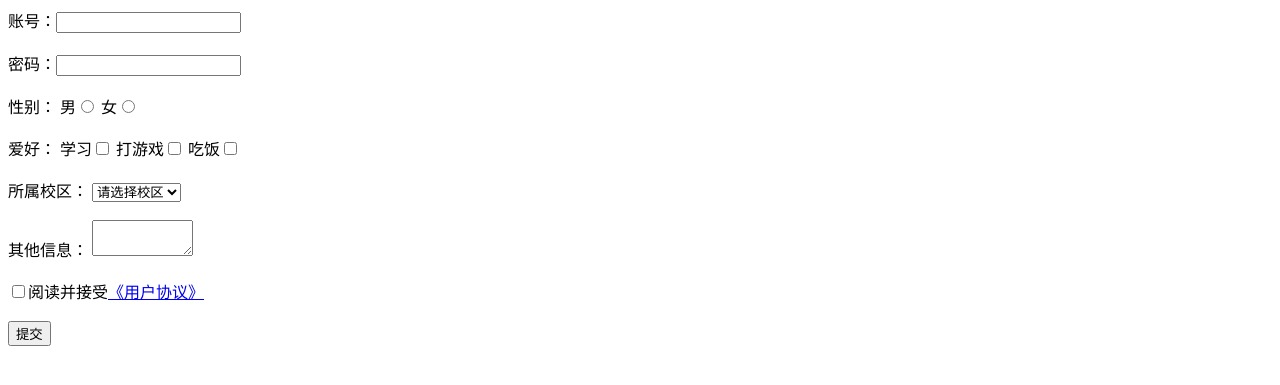
Repository: Lconfident/Learning_Process
Page: Vue/vue_basic/13__收集表单数据/1.收集表单数据.html
These files come from the project's save history. The page is drawn as it stood at one moment and after the next save; the edit follows.
The browser window is 1280 px wide. The pictures show the whole page.

Above is the page before, as saved 2023-07-22 10:33:23.

### Vue/vue_basic/13__收集表单数据/1.收集表单数据.html
<!DOCTYPE html>
<html lang="en">

<head>
    <meta charset="UTF-8">
    <meta name="viewport" content="width=device-width, initial-scale=1.0">
    <title>Doc</title>
    <!-- 引入Vue -->
    <script type="text/javascript" src="../../js/vue.js"></script>
</head>

<body>
    <!-- 准备好一个容器 -->
    <div id="root">
        <form>
            账号：<input type="text"><br><br>
            密码：<input type="password"><br><br>
            性别：
            男<input type="radio" name="gender">
            女<input type="radio" name="gender"><br><br>
            爱好：
            学习<input type="checkbox">
            打游戏<input type="checkbox">
            吃饭<input type="checkbox"><br><br>
            所属校区：
            <select>
                <option value="">请选择校区</option>
                <option value="beijing">北京</option>
                <option value="shanghai">上海</option>
                <option value="wuhan">武汉</option>
                <option value="shenzhen">深圳</option>
            </select><br><br>
            其他信息：
            <textarea cols="10" rows="2"></textarea><br><br>
            <input type="checkbox">阅读并接受<a href="http://atguigu.com">《用户协议》</a><br><br>
            <input type="submit" value="提交">
        </form>
    </div>

</body>

<script type="text/javascript">

</script>

</html>

Loaded but not shown: Vue/js/vue.js (library)

After the next save:
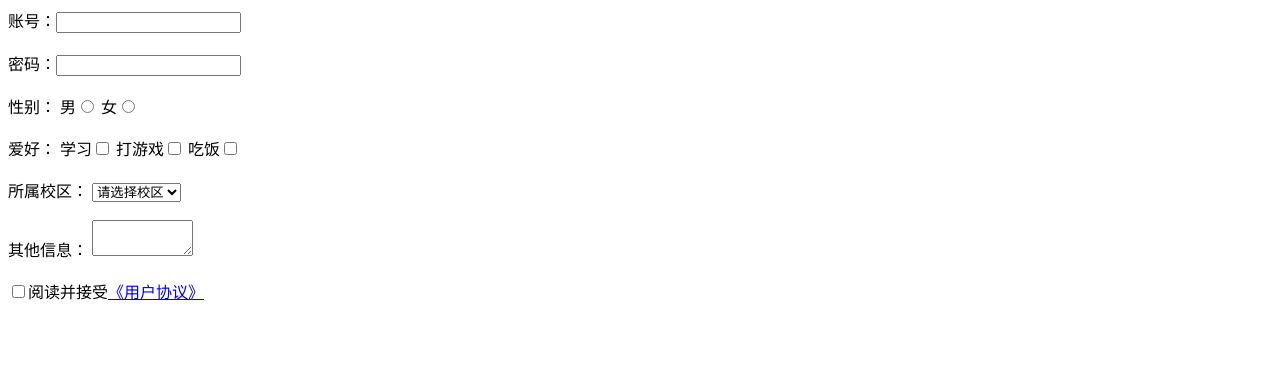
Saved 12 s later.
--- a/Vue/vue_basic/13__收集表单数据/1.收集表单数据.html
+++ b/Vue/vue_basic/13__收集表单数据/1.收集表单数据.html
@@ -33,7 +33,7 @@
             其他信息：
             <textarea cols="10" rows="2"></textarea><br><br>
             <input type="checkbox">阅读并接受<a href="http://atguigu.com">《用户协议》</a><br><br>
-            <input type="submit" value="提交">
+            <!-- <input type="submit" value="提交"> -->
         </form>
     </div>
 

After the 2 saves that followed:
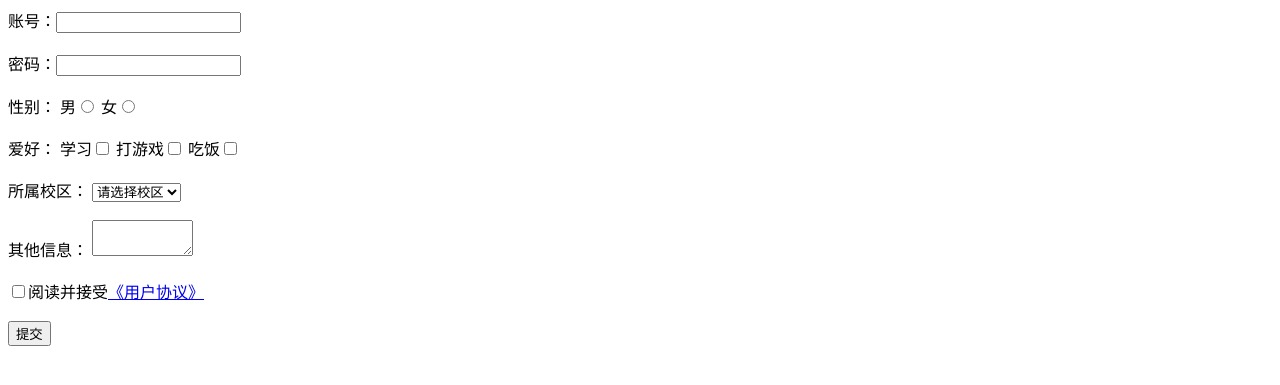
The 2 saves are shown as one change because they came seconds apart.
The last was saved 9 s later.
--- a/Vue/vue_basic/13__收集表单数据/1.收集表单数据.html
+++ b/Vue/vue_basic/13__收集表单数据/1.收集表单数据.html
@@ -34,6 +34,7 @@
             <textarea cols="10" rows="2"></textarea><br><br>
             <input type="checkbox">阅读并接受<a href="http://atguigu.com">《用户协议》</a><br><br>
             <!-- <input type="submit" value="提交"> -->
+            <button>提交</button>
         </form>
     </div>
 
